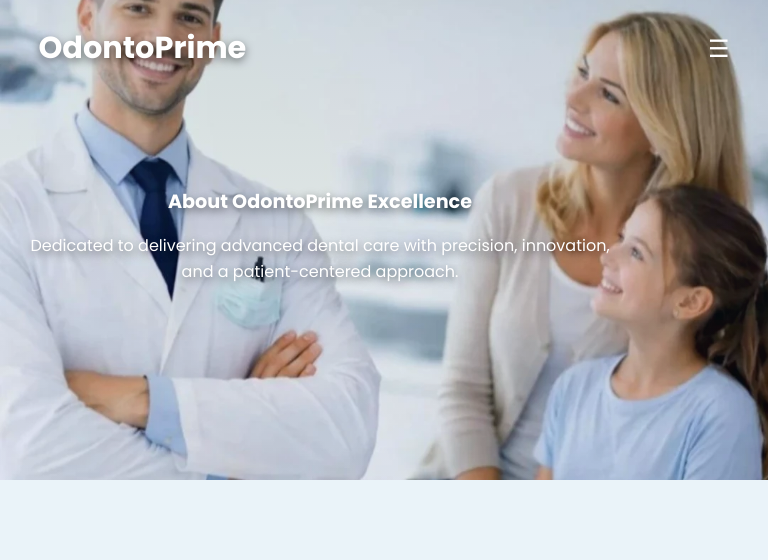
Repository: davidfsillva/OdontoPrime
Page: about.html
These files come from the project's save history. The page is drawn as it stood at one moment and after a run of saves; the edit follows.
The browser window is 768 px wide. The pictures show the part of the page from y = 0 to 560 px (the page is 3915 px tall).
A picture or video elsewhere on the page could not be fetched, so the positions and the page height are approximate.

Above is the page before, as saved 2026-02-16 21:20:15.

After the next 2 saves:
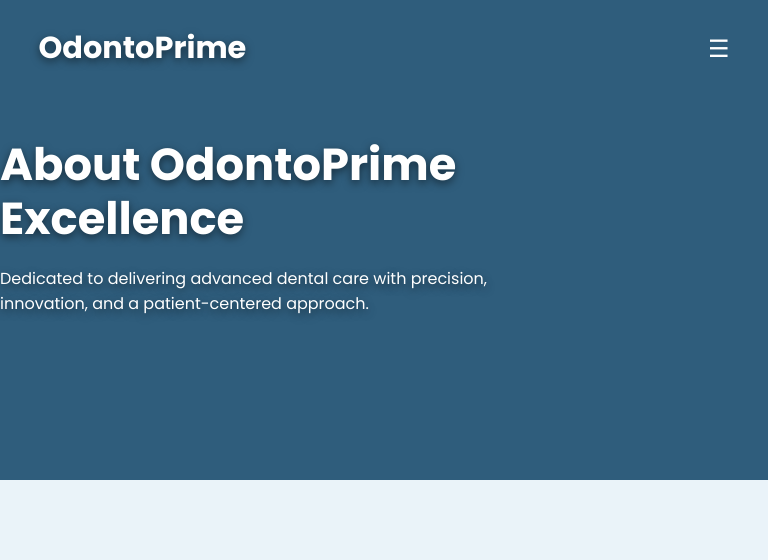
The 2 saves are shown as one change because they came seconds apart.
The last was saved 19 s later.
--- a/style.css
+++ b/style.css
@@ -445,29 +445,4 @@
     .menu-toggle {
         display: block;
     }
-
-    /* HERO */
-    .hero {
-        flex-direction: column;
-        justify-content: center;
-        align-items: center;
-        text-align: center;
-        padding: 20px 20px 0;
-        background:
-            linear-gradient(to top,
-            rgba(47, 93, 124, 0.048),
-            rgba(47, 93, 124, 0.2)),
-            url('img/hero-mobile.webp') center/cover no-repeat;
-    }
-
-    .hero h1 {
-        font-size: 1.2rem;
-    }
-
-    .hero p {
-        max-width: 100%;
-    }
-
-
-
-}
+}

After the save that followed:
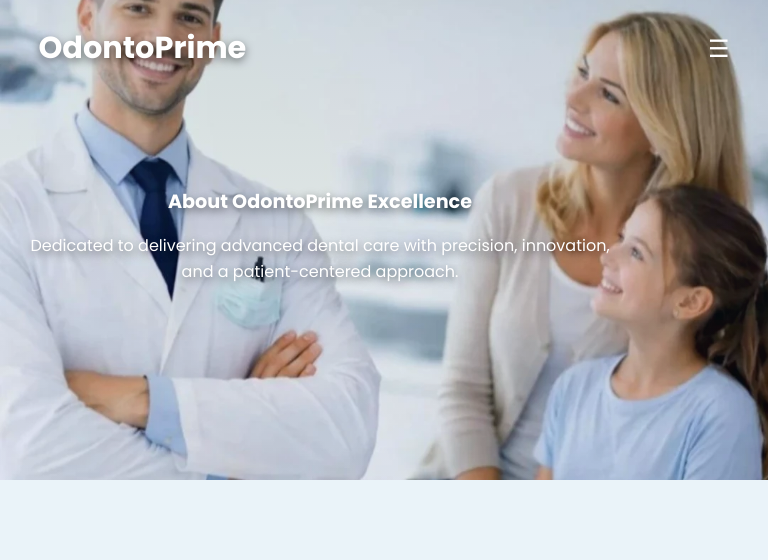
Saved 25 s later.
--- a/style.css
+++ b/style.css
@@ -445,4 +445,29 @@
     .menu-toggle {
         display: block;
     }
-}
+
+    /* HERO */
+    .hero {
+        flex-direction: column;
+        justify-content: center;
+        align-items: center;
+        text-align: center;
+        padding: 20px 20px 0;
+        background:
+            linear-gradient(to top,
+            rgba(47, 93, 124, 0.048),
+            rgba(47, 93, 124, 0.2)),
+            url('img/hero-mobile.webp') center/cover no-repeat;
+    }
+
+    .hero h1 {
+        font-size: 1.2rem;
+    }
+
+    .hero p {
+        max-width: 100%;
+    }
+
+
+
+}
